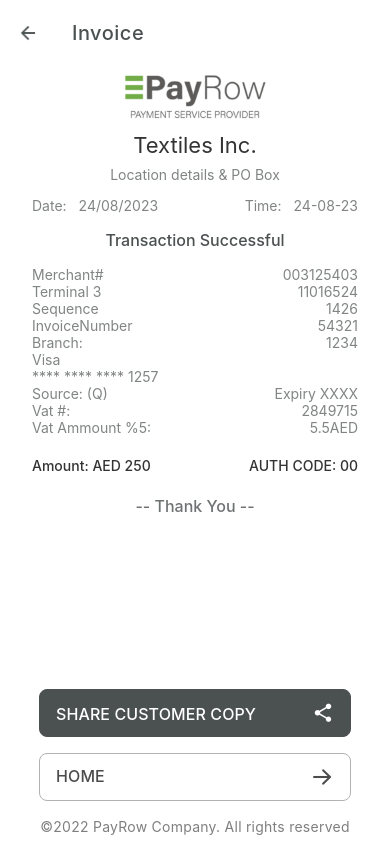
Repository: rishabh-critical-river/payrowios
Screen: /InvoiceRecallthree
The author's editor kept a copy of each file at every save. The screen is drawn from the files as they stood at one save, then again after the next save.
The app was drawn by React Native's web renderer in a window 390 px wide. The project was rebuilt for these pictures with package versions that can differ from the ones it lists, and the page was loaded fresh each time. Also part of the build but not shown: screens/onboarding/CreateAccount.js, screens/home/HomeScreen.tsx, screens/home/HomeComponents/TapToPay.tsx, screens/home/HomeComponents/PaymentSummary.js, screens/home/HomeComponents/AddItem.js, screens/home/HomeComponents/TapCard.tsx, screens/home/HomeComponents/EnterPin.tsx, screens/home/HomeComponents/Confirmation.tsx and 37 more.

Above is the screen before, as saved 2023-07-27 05:25:38.

After the next save:
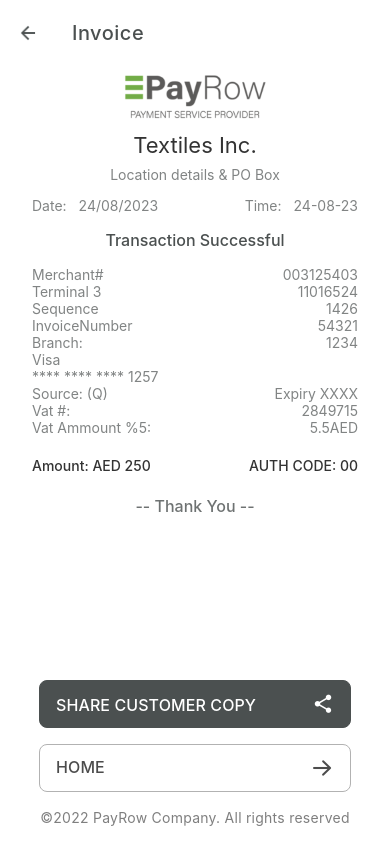
Saved 24 s later.
--- a/screens/home/HomeComponents/InvoiceRecallthree.js
+++ b/screens/home/HomeComponents/InvoiceRecallthree.js
@@ -587,7 +587,7 @@ function InvoiceRecallthree({ navigation }) {
             lineHeight: 20,
             letterSpacing: 0.25,
             marginTop: 16,
-            paddingBottom:7,
+            paddingBottom:16,
           }}
         >
           ©2022 PayRow Company. All rights reserved
